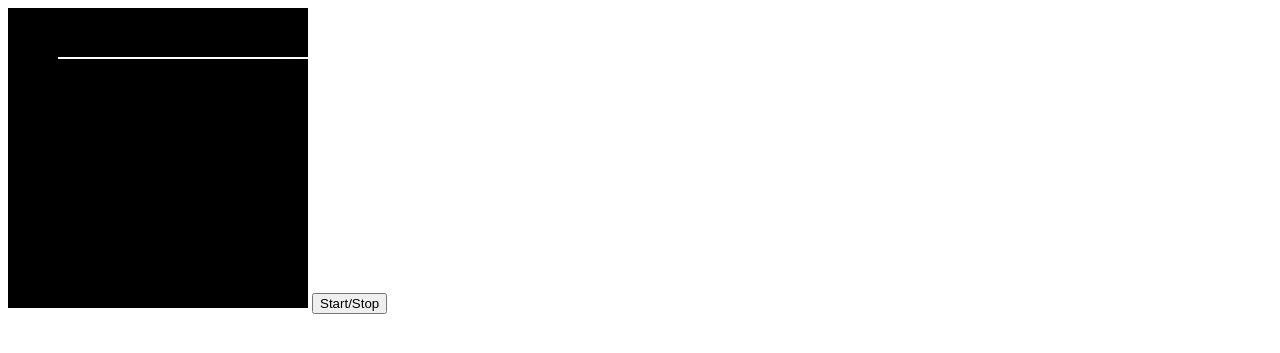
Repository: shadowroot/workspace
Page: http://localhost/test.php
The author's editor kept a copy of each file at every save. The page is drawn from the files as they stood at one save, then again after the next save.
The browser window is 1280 px wide. The pictures show the whole page.
After loading, the first visible `#pause` was clicked once.
The page is run by PHP 8.4 with error messages shown; the project is at /var/www/html/.

Above is the page before, as saved 2012-02-08 21:13:40.

After the next save:
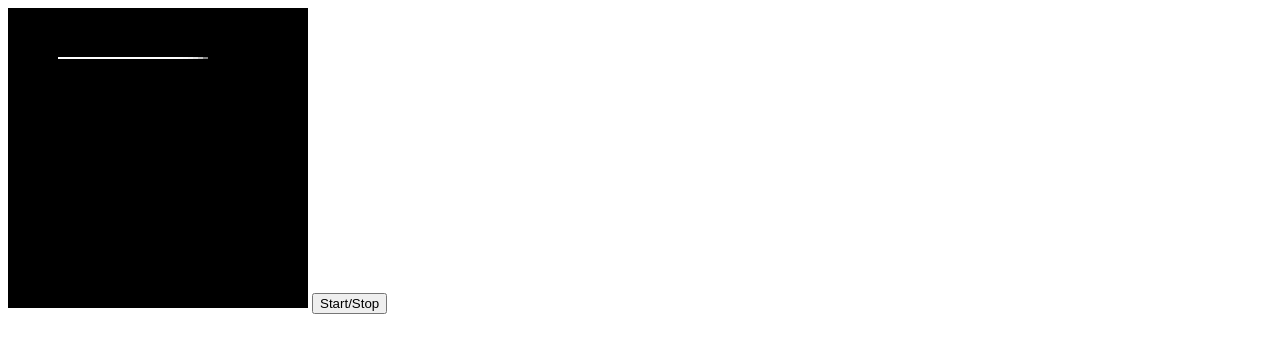
Saved 76 s later.
--- a/javascript_achtung_die_kurve/test.php
+++ b/javascript_achtung_die_kurve/test.php
@@ -130,8 +130,8 @@ function game(){
 	};
 	game.change_vector = function(i){
 		if(game.hero[i].running){
-			var x = Math.cos(game.hero[i].angle)*10;
-			var y = Math.sin(game.hero[i].angle)*10;
+			var x = Math.cos(game.hero[i].angle/10)*5;
+			var y = Math.sin(game.hero[i].angle/10)*5;
 
 			game.hero[i].direction = [x,y];
 
